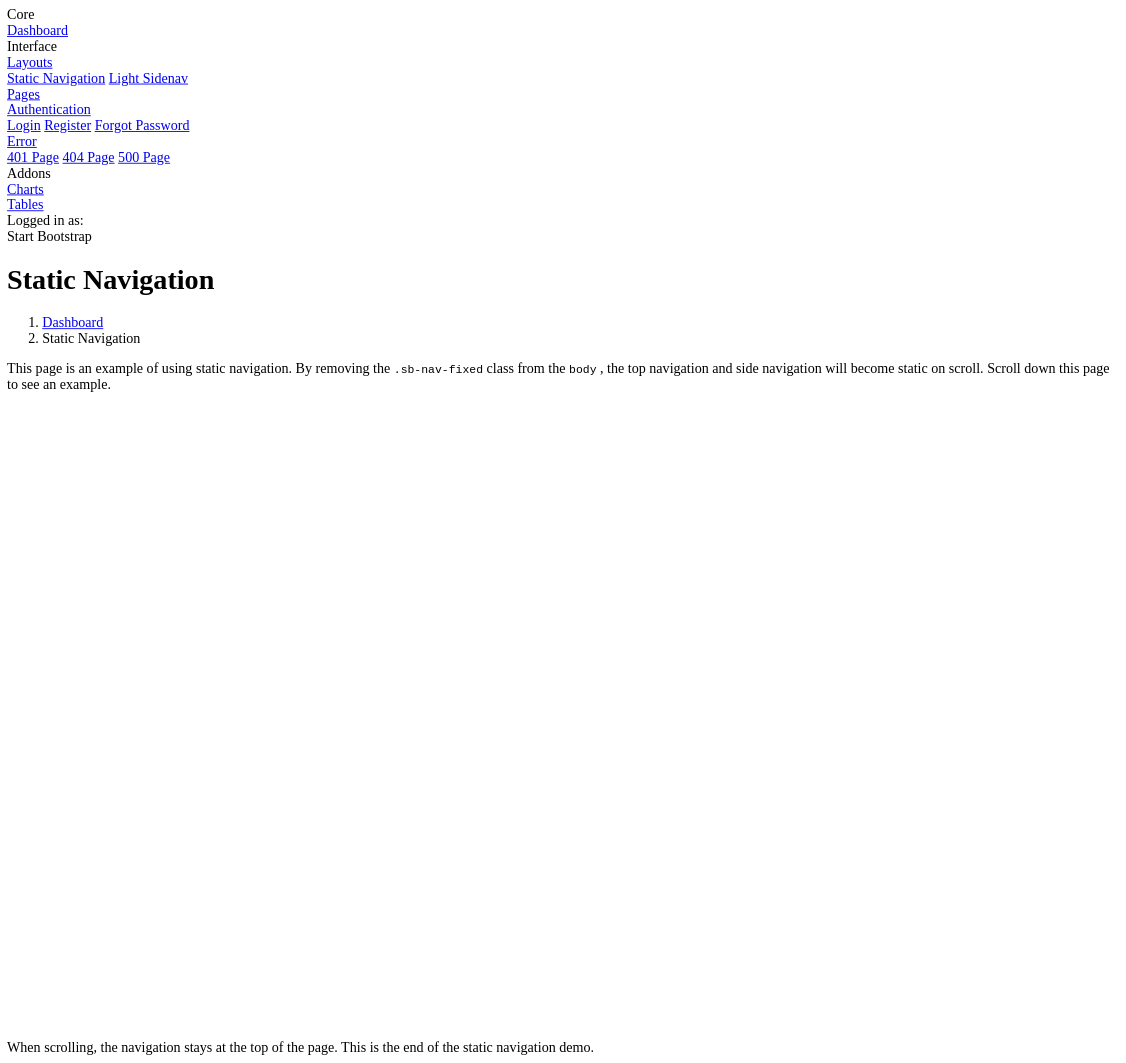
Repository: AHSANS354/MSIB5-Mini-Project
Page: http://localhost/admin/menu.php
These files come from the project's save history. The page is drawn as it stood at one moment and after the next save; the edit follows.
The browser window is 1280 px wide. The pictures show the whole page, at 88% of full size.
The page is run by PHP 8.4 with error messages shown; the project is at /var/www/html/.

Above is the page before, as saved 2023-10-04 10:28:27.

After the next save:
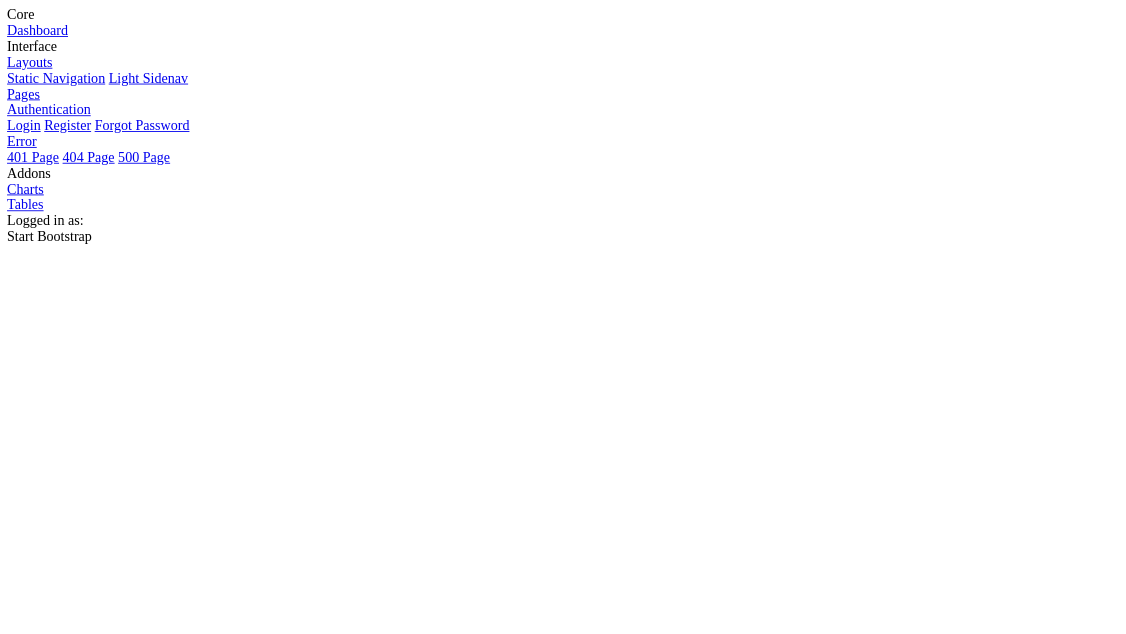
Saved 88 s later.
--- a/admin/menu.php
+++ b/admin/menu.php
@@ -68,7 +68,7 @@
                     </div>
                 </nav>
             </div>
-            <div id="layoutSidenav_content">
+            <!-- <div id="layoutSidenav_content">
                 <main>
                     <div class="container-fluid px-4">
                         <h1 class="mt-4">Static Navigation</h1>
@@ -90,4 +90,4 @@
                         <div style="height: 100vh"></div>
                         <div class="card mb-4"><div class="card-body">When scrolling, the navigation stays at the top of the page. This is the end of the static navigation demo.</div></div>
                     </div>
-                </main>
+                </main> -->
